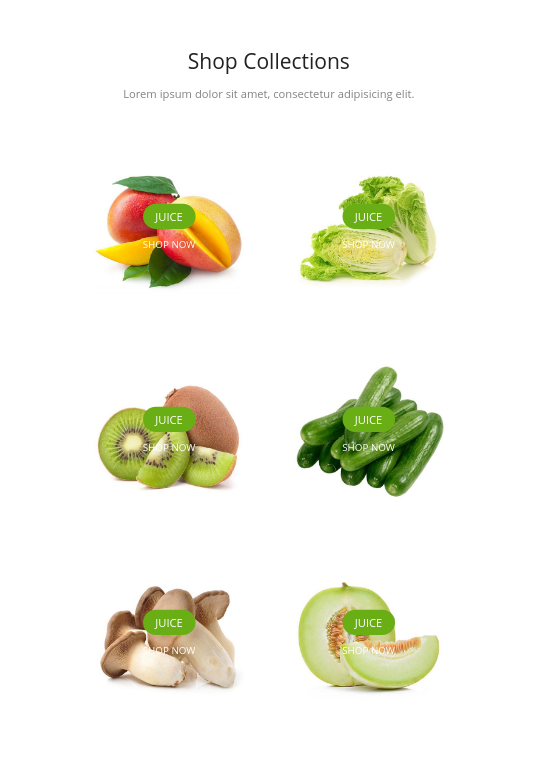
Repository: hoanggiainfomation/hoanggiainfomation.github.io
Page: index.html
These files come from the project's save history. The page is drawn as it stood at one moment and after a run of saves; the edit follows.
The browser window is 768 px wide. The pictures show the part of the page from y = 833 to 3073 px (the page is 1918 px tall before and 4498 px after), at 70% of full size.
Some web libraries are served in a nearby version.

Above is the page before, as saved 2021-08-17 20:31:46.

After the next 2 saves:
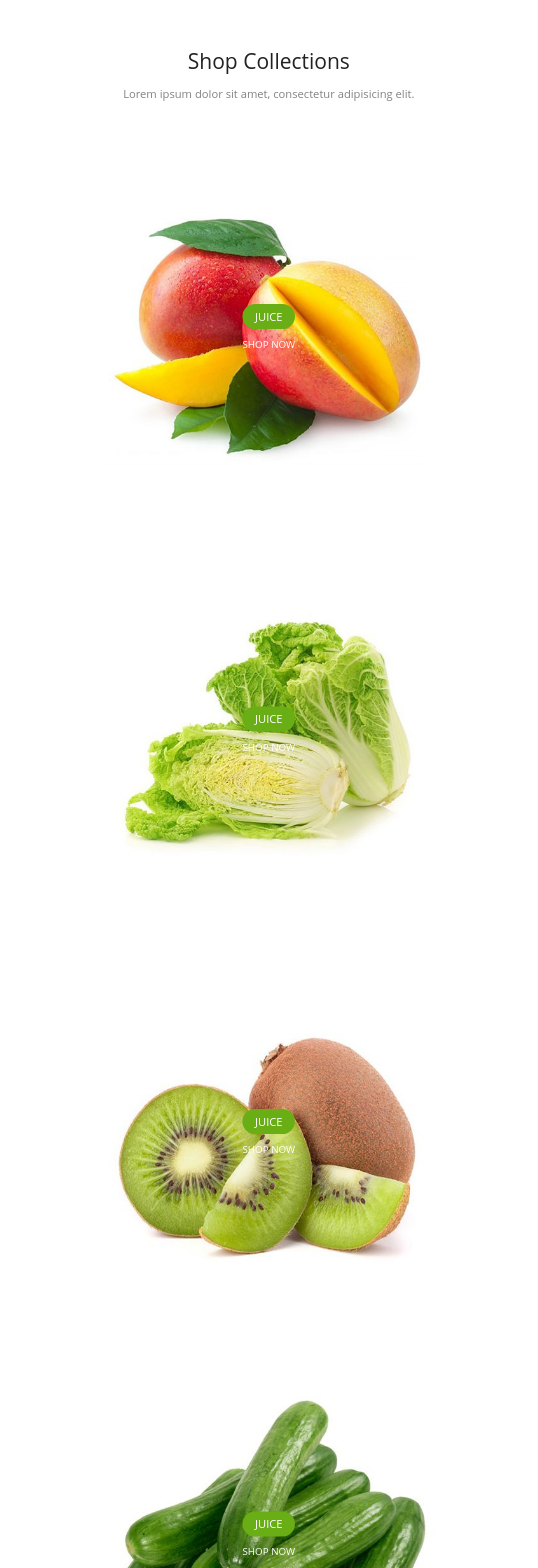
The 2 saves are shown as one change because they came seconds apart.
The last was saved 62 s later.
--- a/styles.css
+++ b/styles.css
@@ -628,3 +628,8 @@ section .title span {
     grid-template-columns: repeat(2, 1fr);
   }
 }
+@media screen and (max-width: 768px) {
+  .collection-layout {
+    grid-template-columns: repeat(1, 1fr);
+  }
+}
